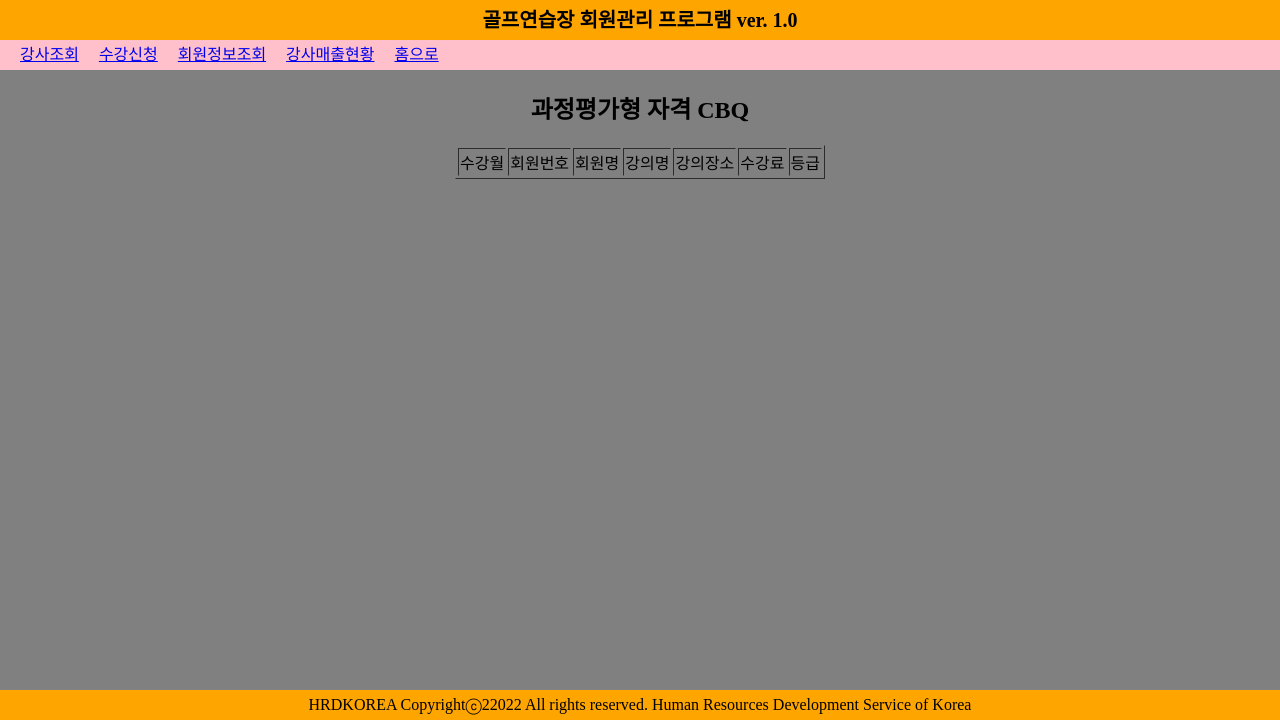
Repository: leesuyeon116/HRD_3
Page: http://localhost/HRD_0505/mlist.jsp
An editor plug-in stored every save of this project. The page is shown before and after a run of saves, followed by the edit.
The browser window is 1280 px wide. The pictures show the whole page.
The page is served by Tomcat 9.

Above is the page before, as saved 2024-05-05 12:46:42.

### workspace/HRD_0505/src/main/webapp/mlist.jsp
<%@ include file="db.jsp" %>
<%@ page language="java" contentType="text/html; charset=UTF-8"
    pageEncoding="UTF-8"%>
<!DOCTYPE html>
<html>
<head>
<meta charset="UTF-8">
<title>mlist</title>
</head>
<body>
<jsp:include page="header.jsp"></jsp:include>
<section style="position: fixed; top: 70px; left: 0px; width: 100%; height: 100%; background-color: gray">
<h2 style="text-align: center">과정평가형 자격 CBQ</h2>
	<form style="display: flex; align-items: center; justify-content: center; text-align: center">
		<table border="1">
			<tr>
				<td>수강월</td>
				<td>회원번호</td>
				<td>회원명</td>
				<td>강의명</td>
				<td>강의장소</td>
				<td>수강료</td>
				<td>등급</td>
			</tr>

			<%
			request.setCharacterEncoding("UTF-8");

			try{
				String sql = "select * from tbl_class_202201 order by regist_month";


			}

			catch(Exception e){
				e.printStackTrace();
			}
			%>
		</table>
	</form>
</section>
<jsp:include page="footer.jsp"></jsp:include>
</body>
</html>

### workspace/HRD_0505/src/main/webapp/db.jsp
<%@page import="java.sql.*"%>
<%@ page language="java" contentType="text/html; charset=UTF-8"
    pageEncoding="UTF-8"%>

<%
Class.forName("oracle.jdbc.OracleDriver");
Connection con = DriverManager.getConnection
("jdbc:oracle:thin:@//localhost:1521/xe", "system", "1234");
%>

### workspace/HRD_0505/src/main/webapp/header.jsp
<%@ page language="java" contentType="text/html; charset=UTF-8"
    pageEncoding="UTF-8"%>
<!DOCTYPE html>
<html>
<head>
<meta charset="UTF-8">
<title>header</title>
</head>
<body>
<header style="position: fixed; top: 0px; left: 0px; width: 100%; height: 40px; line-height: 40px; background-color: orange;
	text-align: center; font-size: 20px">
<b>골프연습장 회원관리 프로그램 ver. 1.0</b>
</header>

<nav style="position: fixed; top: 40px; left: 0px; width: 100%; height: 30px; line-height: 30px; background-color: pink;
	padding-left: 20px">
	<a href="tlist.jsp">강사조회</a> &nbsp; &nbsp;
	<a href="insert.jsp">수강신청</a> &nbsp; &nbsp;
	<a href="mlist.jsp">회원정보조회</a> &nbsp; &nbsp;
	<a href="salary.jsp">강사매출현황</a> &nbsp; &nbsp;
	<a href="index.jsp">홈으로</a> &nbsp; &nbsp;
</nav>
</body>
</html>

### workspace/HRD_0505/src/main/webapp/footer.jsp
<%@ page language="java" contentType="text/html; charset=UTF-8"
    pageEncoding="UTF-8"%>
<!DOCTYPE html>
<html>
<head>
<meta charset="UTF-8">
<title>footer</title>
</head>
<body>
<footer style="position: fixed; bottom: 0px; left: 0px; width: 100%; height: 30px; line-height: 30px; background-color: orange;
	text-align: center">
	HRDKOREA Copyrightⓒ22022 All rights reserved. Human Resources Development Service of Korea
</footer>
</body>
</html>

After the next 3 saves:
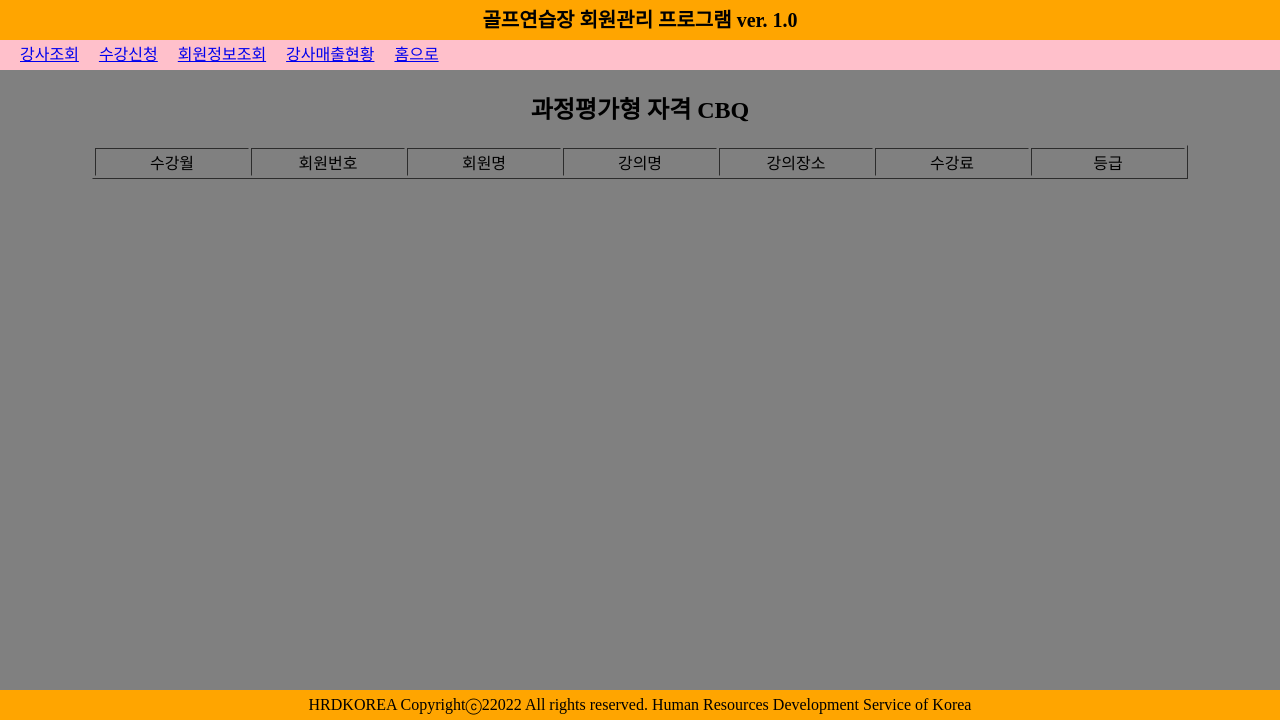
The 3 saves are shown as one change because 2 did not build or start.
The last was saved 13 min 25 s later.
--- a/workspace/HRD_0505/src/main/webapp/mlist.jsp
+++ b/workspace/HRD_0505/src/main/webapp/mlist.jsp
@@ -14,21 +14,22 @@
 	<form style="display: flex; align-items: center; justify-content: center; text-align: center">
 		<table border="1">
 			<tr>
-				<td>수강월</td>
-				<td>회원번호</td>
-				<td>회원명</td>
-				<td>강의명</td>
-				<td>강의장소</td>
-				<td>수강료</td>
-				<td>등급</td>
+				<td style="width: 150px">수강월</td>
+				<td style="width: 150px">회원번호</td>
+				<td style="width: 150px">회원명</td>
+				<td style="width: 150px">강의명</td>
+				<td style="width: 150px">강의장소</td>
+				<td style="width: 150px">수강료</td>
+				<td style="width: 150px">등급</td>
 			</tr>
 
 			<%
 			request.setCharacterEncoding("UTF-8");
 
 			try{
-				String sql = "select * from tbl_class_202201 order by regist_month";
-
+				String sql = "select regist_month, c_no, c_name, class_name, class_area, tuition, grade " +
+							 "from tbl_teacher_202201 te, tbl_member_202201 me, tbl_class_202201 cl " +
+							 "where te.";
 
 			}
 
